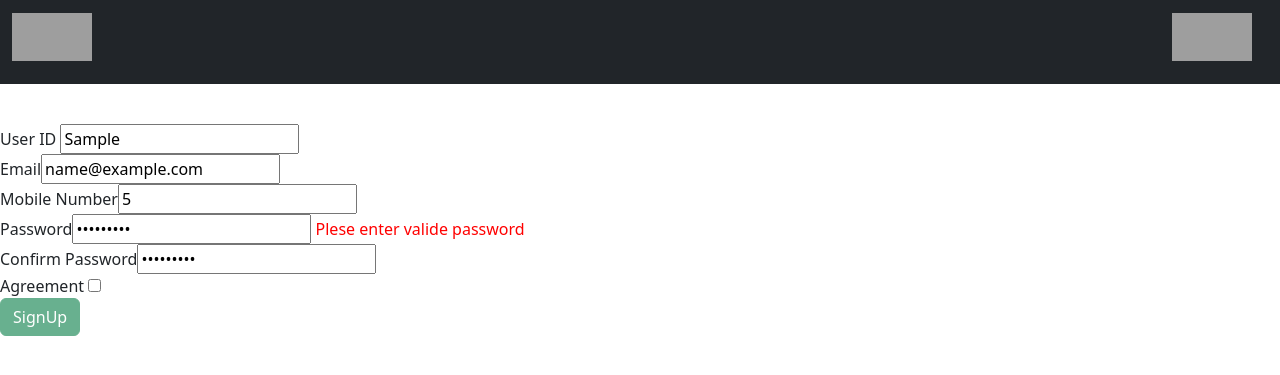
Repository: Rudreshwarhiremath/Projects-cm
Page: http://localhost/xworkz-rudra-cm/signUp.jsp
An editor plug-in stored every save of this project. The page is shown before and after the next save, followed by the edit.
The browser window is 1280 px wide. The pictures show the whole page.
Empty fields were first filled with sample values (such as "Sample", 5 or name@example.com).
After loading, the first visible `#userPassword` was changed once.
Pictures or frames that could not be fetched are drawn as grey boxes. The page is served by Tomcat 9. Other server files are loaded and not shown.

Above is the page before, as saved 2023-03-28 17:33:07.

### xworkz-rudra-cm/src/main/webapp/signUp.jsp
<%@ page language="java" contentType="text/html; charset=ISO-8859-1"
	pageEncoding="ISO-8859-1"%>
<%@ taglib uri="http://java.sun.com/jsp/jstl/core" prefix="c"%>
<!DOCTYPE html>
<html>
<head>
<meta charset="ISO-8859-1">
<title>X-Workz</title>
<link
	href="https://cdn.jsdelivr.net/npm/bootstrap@5.3.0-alpha1/dist/css/bootstrap.min.css"
	rel="stylesheet"
	integrity="sha384-GLhlTQ8iRABdZLl6O3oVMWSktQOp6b7In1Zl3/Jr59b6EGGoI1aFkw7cmDA6j6gD"
	crossorigin="anonymous">
<script
	src="https://cdn.jsdelivr.net/npm/bootstrap@5.3.0-alpha1/dist/js/bootstrap.bundle.min.js"
	integrity="sha384-w76AqPfDkMBDXo30jS1Sgez6pr3x5MlQ1ZAGC+nuZB+EYdgRZgiwxhTBTkF7CXvN"
	crossorigin="anonymous"></script>
</head>
<body>
	<nav class="navbar navbar-expand-lg-navbar-Light bg-dark">
		<div class="container-fluid">
			<a class="navbar-brand" href="#"> <img
				src=" https://x-workz.in/static/media/Logo.cf195593dc1b3f921369.png"
				alt="" width="80" height="48" class="d-inline-block align text-top">
				<a class="navbar-brand" href="#"> <img
				src=" https://x-workz.in/static/media/Logo.cf195593dc1b3f921369.png"
				alt="" width="80" height="48" class="d-inline-block align text-top">
		</div>
	</nav>
	<h1 style="color: green;">${message}</h1>
	<h5 style="color: red;">${messag}<br>
	<c:forEach items="${errors}" var="e">${e.message}</c:forEach>
	</h5>
	<form action="save" method="post">
User ID	<input type="text" name="userId" id="userName"  onchange="ValideName()">
<span id="nameError" style="color: red"></span><br>


Email<input type="email" name="email" id="emailId" onchange="valideEmail()">
<span id="emailError" style="color: red"></span><br>


Mobile Number<input type="number" name="mobile" id="userMobile" onchange="ValideMobile()">
<span id="mobileError" style="color: red"></span> <br>


Password<input type="password" name="password" id="userPassword" onchange="ValidePassword()">
<span id="passwordError" style="color: red"></span> <br>

Confirm Password<input type="password" name="confirmPassword" id="userPassword" onchange="ValidePassword()">
<span id="passwordError" style="color: red"></span> <br>

Agreement <input type="checkbox" name="agreement" id="agreementConform" onclick="onconform()"> <br>
<button type="submit" class="btn btn-success" id="submitId"  disabled="true">SignUp</button>
</form>

<script>
/* function onconform() {
var agree=document.getElementById('agreementConform');
console.log(agree.checked);
if(agree.checked){document.getElementById('submitId').disabled=false;}
	else{document.getElementById('submitId').disabled='disabled';}

} */
function ValideName() {
var	user=document.getElementById('userName');
var uservalue=user.value;
console.log(uservalue);
if(uservalue!=null && uservalue!="" && uservalue.length>3 && uservalue.length<30 )
{
	console.log('valide name');
	var agree=document.getElementById('agreementConform');
	console.log(agree.checked);
	if(agree.checked){document.getElementById('submitId').disabled=false;}
	document.getElementById('nameError').innerHTML='';
}
else
{
	console.log('invalide name');
	document.getElementById('submitId').disabled='disabled';
	document.getElementById('nameError').innerHTML='Plese enter valide name min 4 and max 30 character';
}

}
function valideEmail() {
	var	userEmail=document.getElementById('emailId');
	var userEmailvalue=userEmail.value;
	console.log(userEmailvalue);
	if(userEmailvalue!=null && userEmailvalue!="" && userEmailvalue.length>4 && userEmailvalue.length<40 )
	{
		console.log('valide email');
		var agree=document.getElementById('agreementConform');
		console.log(agree.checked);
		if(agree.checked){document.getElementById('submitId').disabled=false;}
		document.getElementById('emailError').innerHTML='';
	}
	else
	{
		console.log('invalide email');
		document.getElementById('submitId').disabled='disabled';
		document.getElementById('emailError').innerHTML='Plese enter valide email';
	}

}
function ValideMobile() {
	var	userMobile=document.getElementById('userMobile');
	var userMobilevalue=userMobile.value;
	console.log(userMobilevalue);
	if(userMobilevalue!=null && userMobilevalue!="" && userMobilevalue.length==10)
	{
		console.log('valide mobile');
		var agree=document.getElementById('agreementConform');
		console.log(agree.checked);
		if(agree.checked){document.getElementById('submitId').disabled=false;}
		document.getElementById('mobileError').innerHTML='';
	}
	else
	{
		console.log('invalide mobile');
		document.getElementById('submitId').disabled='disabled';
		document.getElementById('mobileError').innerHTML='Plese enter valide Mobile Number';
	}

}
function ValidePassword() {
	var	userPassword=document.getElementById('userPassword');
	var userPasswordvalue=userPassword.value;
	console.log(userPasswordvalue);
	if(userPasswordvalue!=null && userPasswordvalue!="" && userPasswordvalue.length>4 && userPasswordvalue<12)
	{
		console.log('valide password');
		var agree=document.getElementById('agreementConform');
		console.log(agree.checked);
		if(agree.checked){document.getElementById('submitId').disabled=false;}
		document.getElementById('passwordError').innerHTML='';
	}
	else
	{
		console.log('invalide password');
		document.getElementById('submitId').disabled='disabled';
		document.getElementById('passwordError').innerHTML='Plese enter valide password';
	}

}



</script>
</body>
</html>

After the next save:
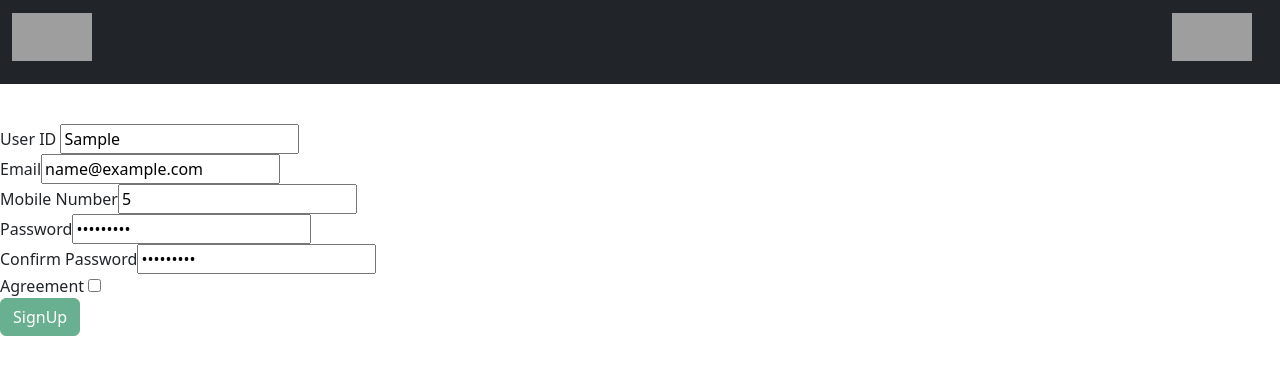
Saved 3 min 3 s later.
--- a/xworkz-rudra-cm/src/main/webapp/signUp.jsp
+++ b/xworkz-rudra-cm/src/main/webapp/signUp.jsp
@@ -126,7 +126,7 @@ function ValidePassword() {
 	var	userPassword=document.getElementById('userPassword');
 	var userPasswordvalue=userPassword.value;
 	console.log(userPasswordvalue);
-	if(userPasswordvalue!=null && userPasswordvalue!="" && userPasswordvalue.length>4 && userPasswordvalue<12)
+	if(userPasswordvalue!=null && userPasswordvalue!="" && userPasswordvalue.length>4 && userPasswordvalue.length<12)
 	{
 		console.log('valide password');
 		var agree=document.getElementById('agreementConform');
